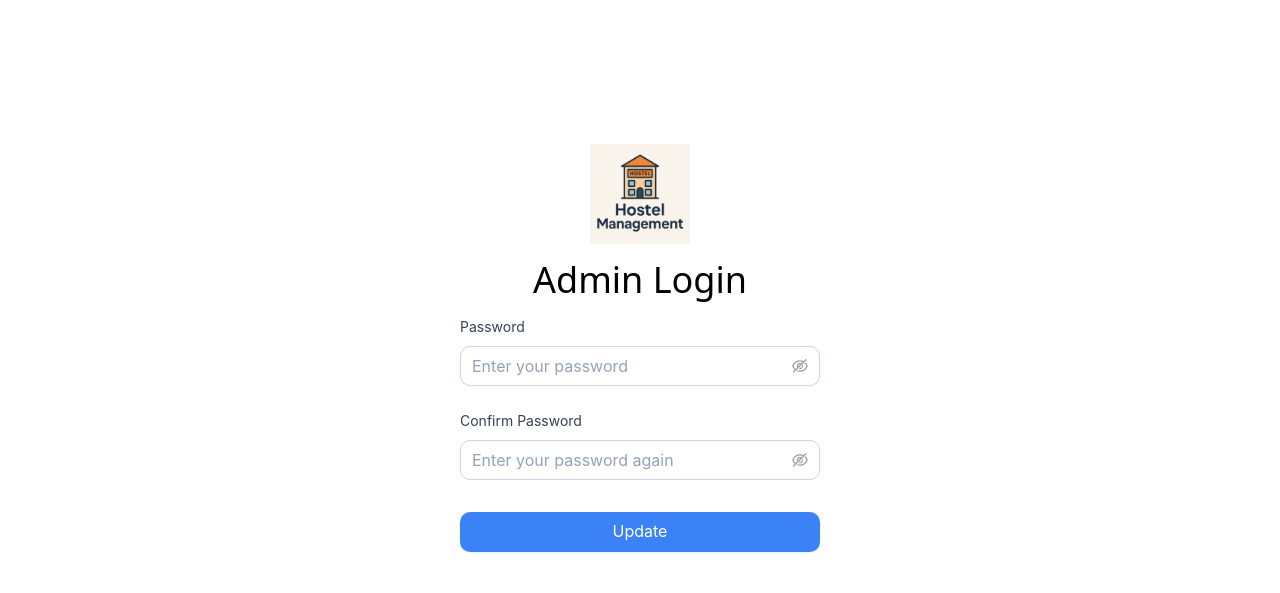
Repository: sujal984/Hostel-Management-System
Page: /forgot (app in frontend/)
An editor plug-in stored every save of this project. The page is shown before and after the next save, followed by the edit.
The browser window is 1280 px wide. The pictures show the whole page.
The project was rebuilt for these pictures with package versions that can differ from the ones it lists, and the page was loaded fresh each time. Also part of the build but not shown: frontend/vite.config.js, frontend/src/components/ProtectedRoute.jsx, frontend/src/components/Acceptedapplication.jsx, frontend/src/components/AdminDashboard.jsx, frontend/src/components/AdminLogin.jsx, frontend/src/components/StepForms.jsx, frontend/src/components/ApplicationForm.jsx, frontend/src/components/TrackStatus.jsx and 3 more.

Above is the page before, as saved 2025-08-02 17:45:47.

After the next save:
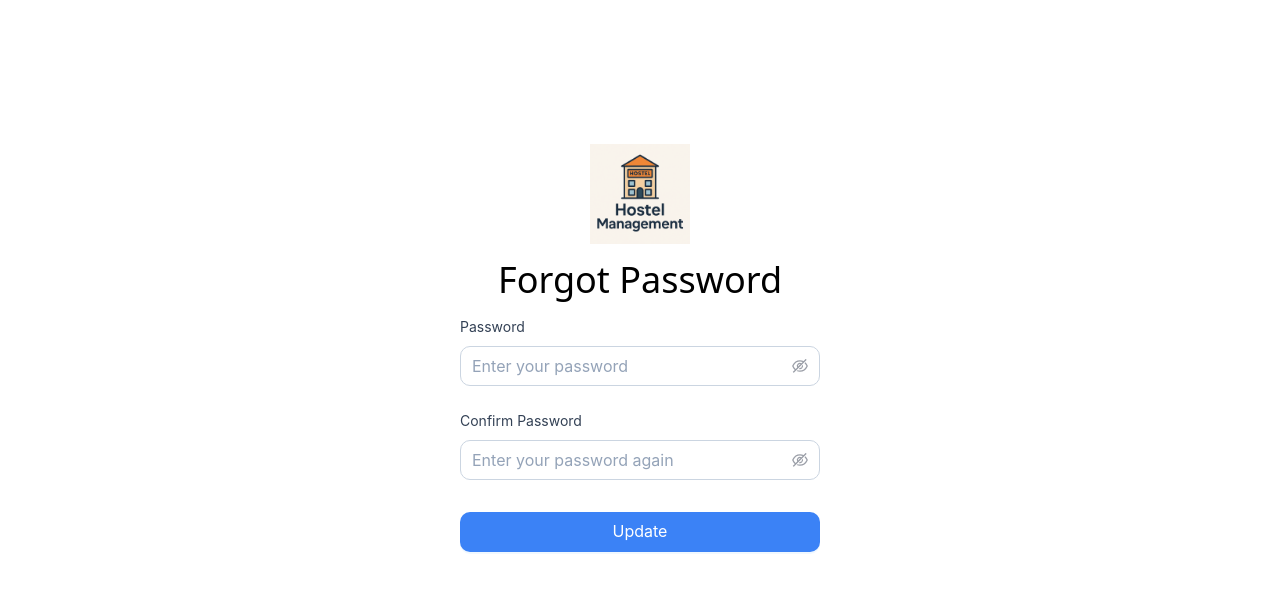
Saved 18 s later.
--- a/frontend/src/components/ForgotPassword.jsx
+++ b/frontend/src/components/ForgotPassword.jsx
@@ -30,7 +30,9 @@ function ForgotPassword() {
               className="w-[100px] h-[100px]"
             />
           </div>
-          <h1 className="text-4xl text-center font-medium !m-4">Admin Login</h1>
+          <h1 className="text-4xl text-center font-medium !m-4">
+            Forgot Password
+          </h1>
           <Form
             layout="vertical"
             onFinish={handleUpdate}
